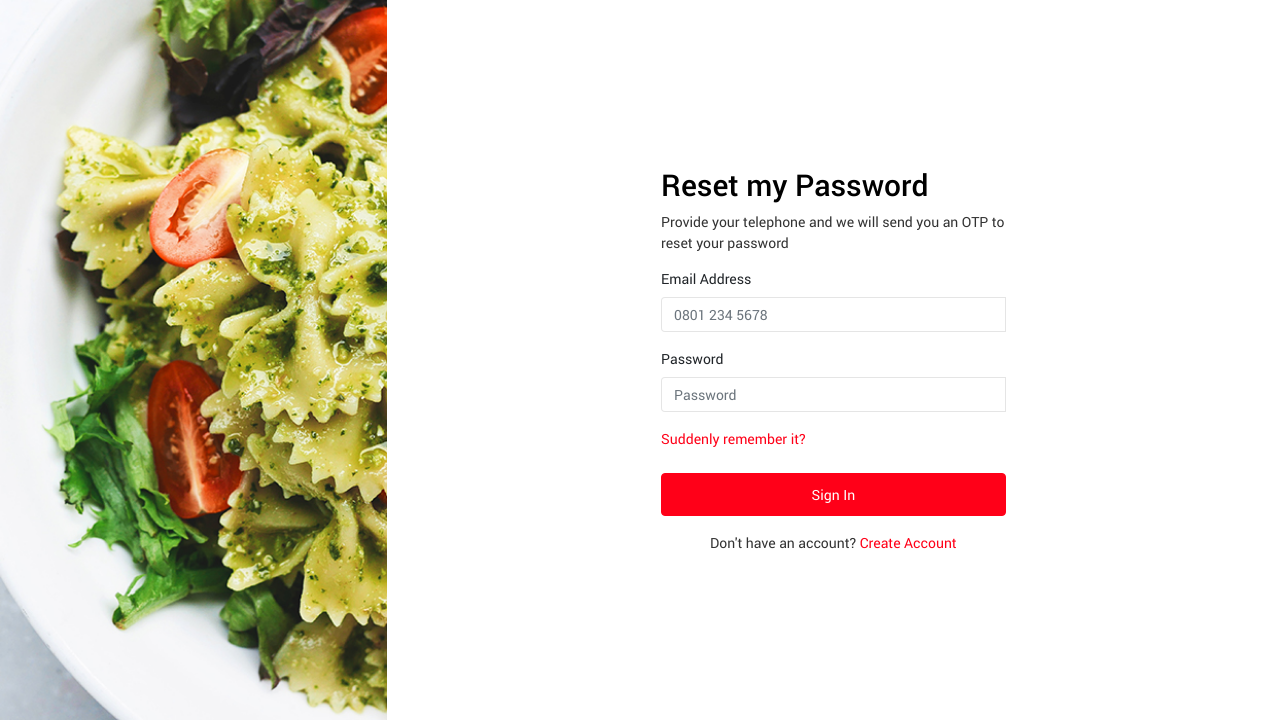
Repository: ahmedpeter/tavern
Page: /reset-password
An editor plug-in stored every save of this project. The page is shown before and after the next save, followed by the edit.
The browser window is 1280 px wide. The pictures show the whole page.
The project was rebuilt for these pictures with package versions that can differ from the ones it lists, and the page was loaded fresh each time. Also part of the build but not shown: src/components/auth/register.jsx, src/components/auth/login.jsx, src/assets/css/jquery-ui.min.css.

Above is the page before, as saved 2024-05-23 01:17:02.

### src/index.js
import React from "react";
import ReactDOM from "react-dom/client";
import "./index.css";
import App from "./App";
import reportWebVitals from "./reportWebVitals";
import "./assets/css/bootstrap.min.css";
// import "../vendors/iconic-fonts/font-awesome/css/all.min.css";
import "./assets/css/jquery-ui.min.css";
import "./assets/css/style.css";
// import "https://fonts.googleapis.com/icon?family=Material+Icons";
// import "../vendors/iconic-fonts/flat-icons/flaticon.css";

const root = ReactDOM.createRoot(document.getElementById("root"));
root.render(
  <React.StrictMode>
    <App />
  </React.StrictMode>
);

// If you want to start measuring performance in your app, pass a function
// to log results (for example: reportWebVitals(console.log))
// or send to an analytics endpoint. Learn more: https://bit.ly/CRA-vitals
reportWebVitals();

### src/App.js
import React from "react";
import { BrowserRouter as Router, Routes, Route } from "react-router-dom";
import ResetPassword from "./components/auth/resetpassword";
import Register from "./components/auth/register";
import Login from "./components/auth/login";
import "./App.css";

export default function App() {
  return (
    <Router>
      <div>
        <Routes>
          <Route path="/" element={<Login />} />
          <Route path="/login" element={<Login />} />
          <Route path="/reset-password" element={<ResetPassword />} />
          <Route path="/register" element={<Register />} />
        </Routes>
      </div>
    </Router>
  );
}

### src/components/auth/resetpassword.jsx
import React from "react";

const ResetPassword = () => {
  return (
    <div class="ms-content-wrapper ms-auth">
      <div class="ms-auth-container">
        <div class="ms-auth-col">
          <div class="ms-auth-bg"></div>
        </div>
        <div class="ms-auth-col">
          <div class="ms-auth-form">
            <form class="needs-validation" novalidate="">
              <h3>Reset my Password</h3>
              <p>
                Provide your telephone and we will send you an OTP to reset your
                password
              </p>
              <div class="mb-3">
                <label for="validationCustom08">Email Address</label>
                <div class="input-group">
                  <input
                    type="number"
                    class="form-control"
                    id="validationCustom08"
                    placeholder="0801 234 5678"
                    required=""
                  />
                  <div class="invalid-feedback">
                    Please provide your registered telephone.
                  </div>
                </div>
              </div>
              <div class="mb-2">
                <label for="validationCustom09">Password</label>
                <div class="input-group">
                  <input
                    type="password"
                    class="form-control"
                    id="validationCustom09"
                    placeholder="Password"
                    required=""
                  />
                  <div class="invalid-feedback">Please provide a password.</div>
                </div>
              </div>
              <div class="form-group">
                <label class="d-block mt-3">
                  <a
                    href="default-login.html#"
                    class="btn-link"
                    data-toggle="modal"
                    data-target="#modal-12">
                    Suddenly remember it?
                  </a>
                </label>
              </div>
              <button class="btn btn-primary mt-4 d-block w-100" type="submit">
                Sign In
              </button>
              <p class="mb-0 mt-3 text-center">
                Don't have an account?{" "}
                <a class="btn-link" href="default-register.html">
                  Create Account
                </a>
              </p>
            </form>
          </div>
        </div>
      </div>
    </div>
  );
};

export default ResetPassword;

### src/App.css
@import url('https://fonts.googleapis.com/css?family=Roboto:300,400,500,700&display=swap');
@import url('https://fonts.googleapis.com/icon?family=Material+Icons');

.App {
  text-align: center;
}

.App-logo {
  height: 40vmin;
  pointer-events: none;
}

@media (prefers-reduced-motion: no-preference) {
  .App-logo {
    animation: App-logo-spin infinite 20s linear;
  }
}

.App-header {
  background-color: #282c34;
  min-height: 100vh;
  display: flex;
  flex-direction: column;
  align-items: center;
  justify-content: center;
  font-size: calc(10px + 2vmin);
  color: white;
}

.App-link {
  color: #61dafb;
}

@keyframes App-logo-spin {
  from {
    transform: rotate(0deg);
  }
  to {
    transform: rotate(360deg);
  }
}

Loaded but not shown: public/index.html (common file); src/index.css (common file); src/reportWebVitals.js (common file); src/assets/css/bootstrap.min.css (library); src/assets/css/style.css (library)

After the next save:
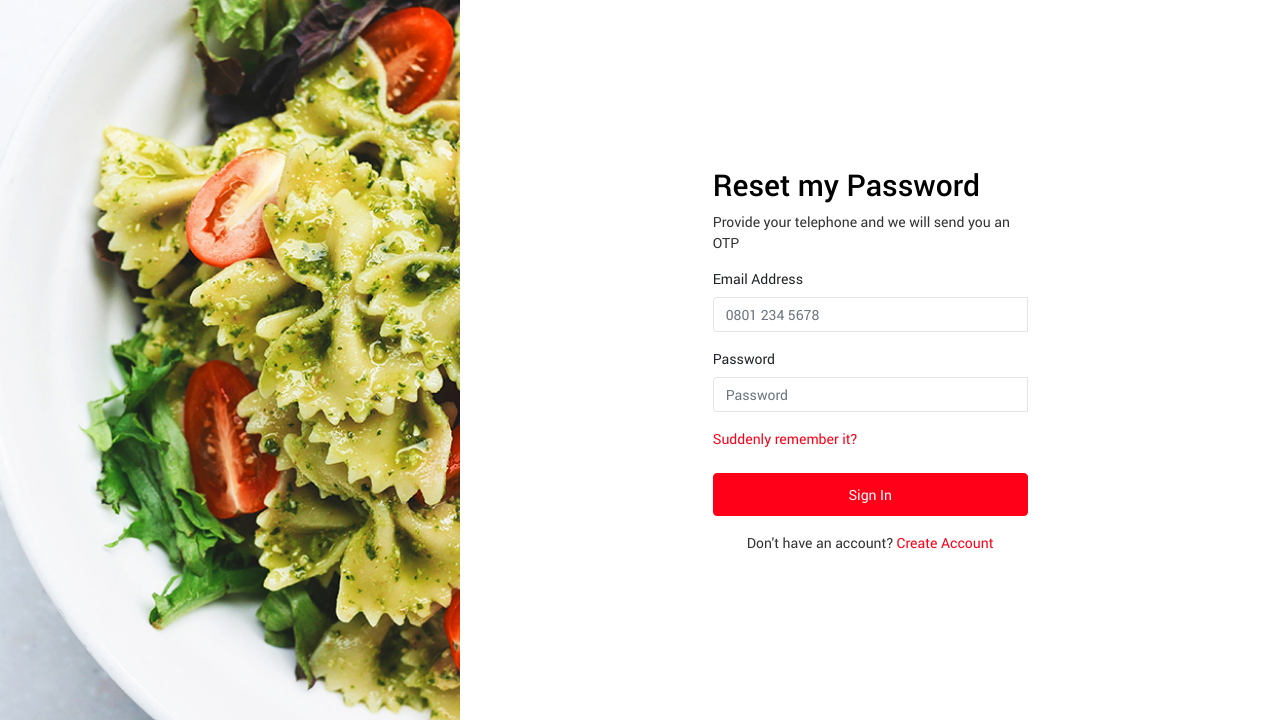
Saved 10 s later.
--- a/src/components/auth/resetpassword.jsx
+++ b/src/components/auth/resetpassword.jsx
@@ -11,10 +11,7 @@ const ResetPassword = () => {
           <div class="ms-auth-form">
             <form class="needs-validation" novalidate="">
               <h3>Reset my Password</h3>
-              <p>
-                Provide your telephone and we will send you an OTP to reset your
-                password
-              </p>
+              <p>Provide your telephone and we will send you an OTP</p>
               <div class="mb-3">
                 <label for="validationCustom08">Email Address</label>
                 <div class="input-group">
